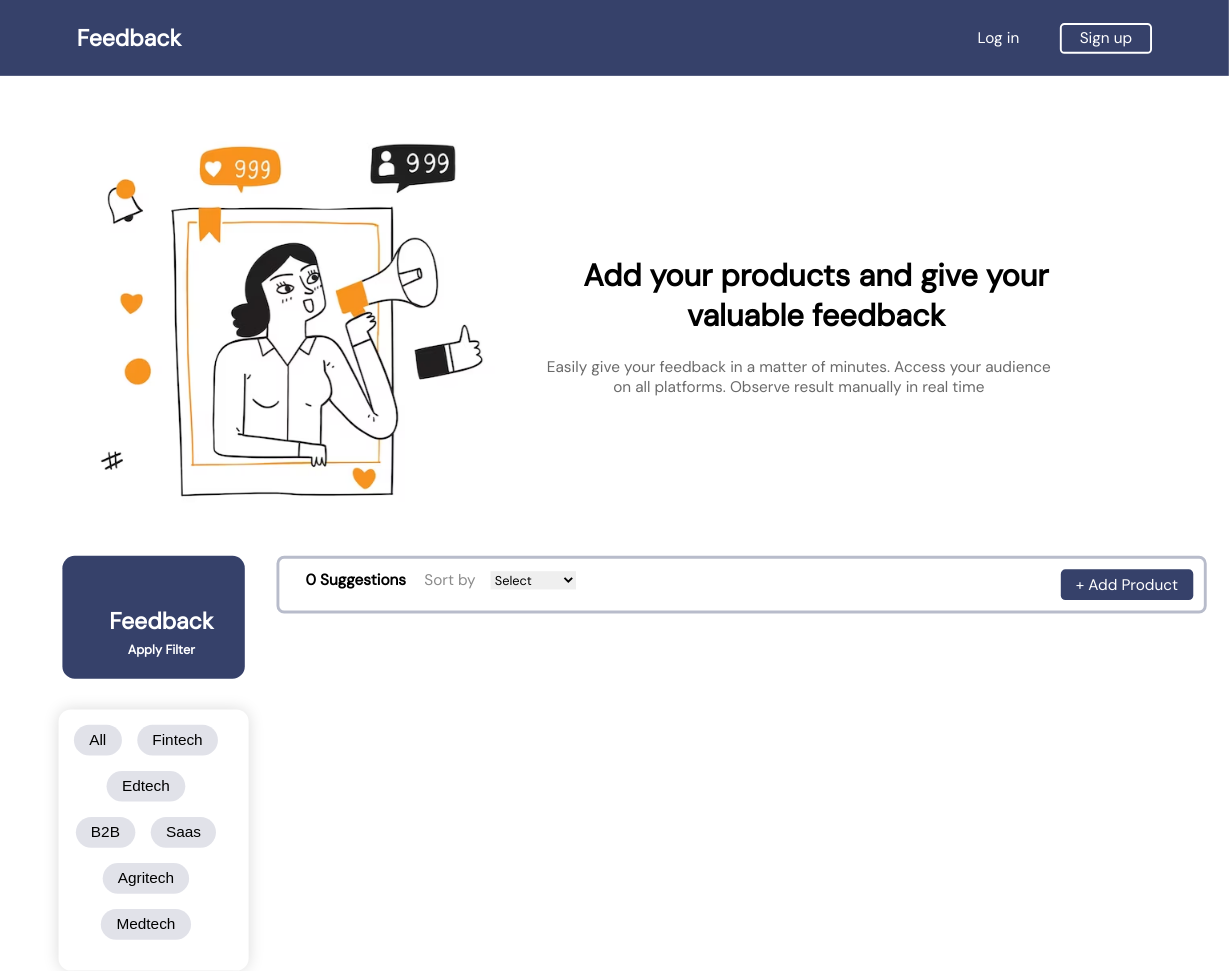
Repository: drumsmanku/final-evaluation-test
Page: / (app in client/)
An editor plug-in stored every save of this project. The page is shown before and after the next save, followed by the edit.
The browser window is 1280 px wide. The pictures show the whole page, at 96% of full size.
The page's requests for data from a server got no answer. The project was rebuilt for these pictures with package versions that can differ from the ones it lists, and the page was loaded fresh each time. No one was signed in, and anything a server would have sent is missing. Also part of the build but not shown: client/src/CSS/LoginPopUp.css, client/src/Components/LoginPopUp.js, client/src/CSS/SignupPopUp.css, client/src/Components/SignupPopUp.js, client/src/CSS/AddProductPopUp.css, client/src/Components/AddProductPopUp.js, client/src/Components/CommentsSection.js, client/src/CSS/SignUp.css and 3 more.

Above is the page before, as saved 2023-07-31 23:02:12.

After the next save:
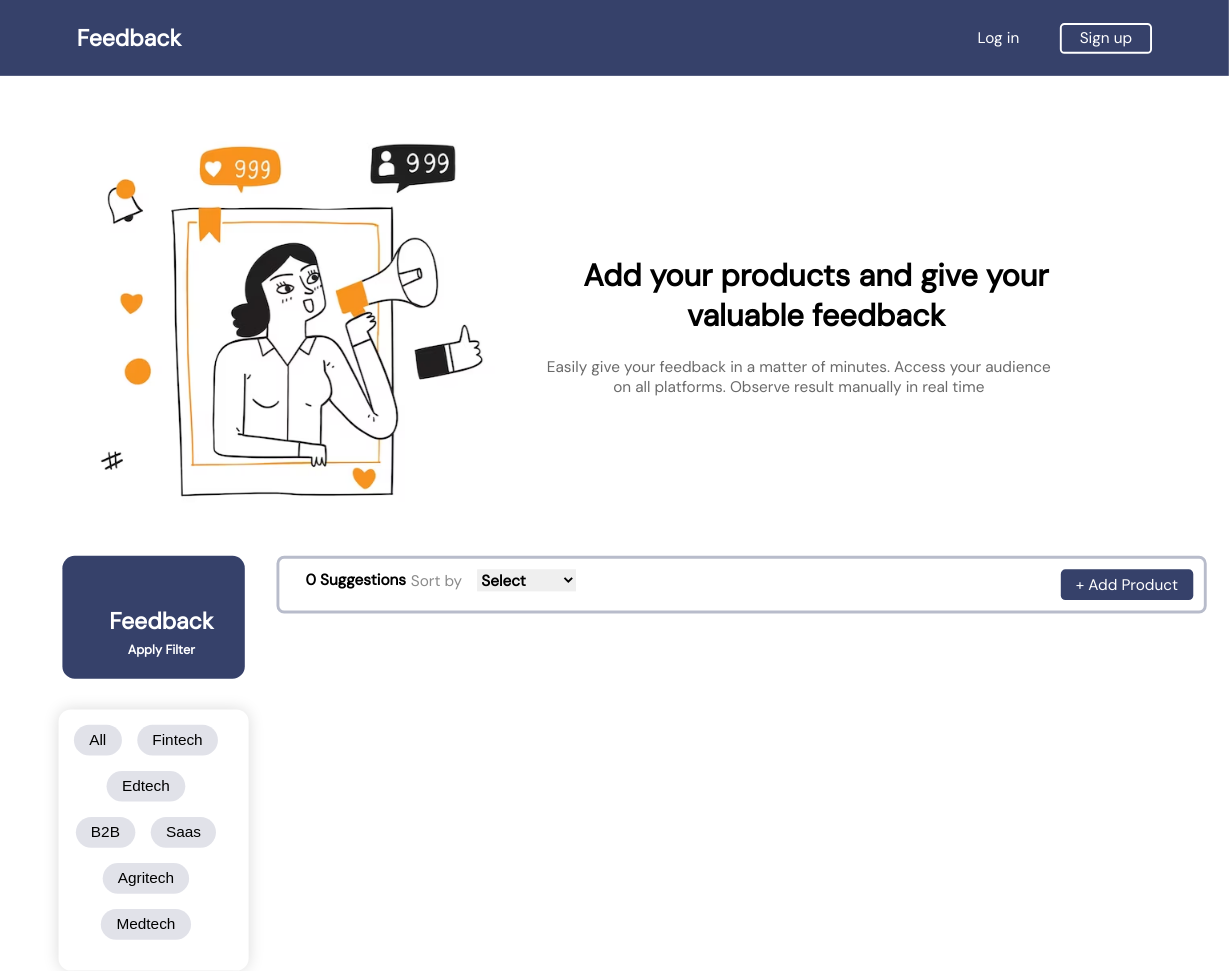
Saved 23 s later.
--- a/client/src/Components/MainPage.js
+++ b/client/src/Components/MainPage.js
@@ -191,7 +191,7 @@ function MainPage() {
               <span style={{ fontWeight:'bold', }}>{products.length} Suggestions</span>
               <span>
                 <label style={{ fontSize: 'medium', color: '#8B8B8B', marginRight:'1rem' }} htmlFor="sort">Sort by</label>
-                <select style={{border:'none', outline:'none', fontFamily:'DM Sans'}} value={sortOption} onChange={(e) => setSortOption(e.target.value)}>
+                <select style={{border:'none', outline:'none', fontFamily:'DM Sans', fontSize:'medium', fontWeight:'bold'}} value={sortOption} onChange={(e) => setSortOption(e.target.value)}>
                   <option value="Select">Select</option>
                   <option value="upvotes">Upvotes</option>
                   <option value="comments">Comments</option>
